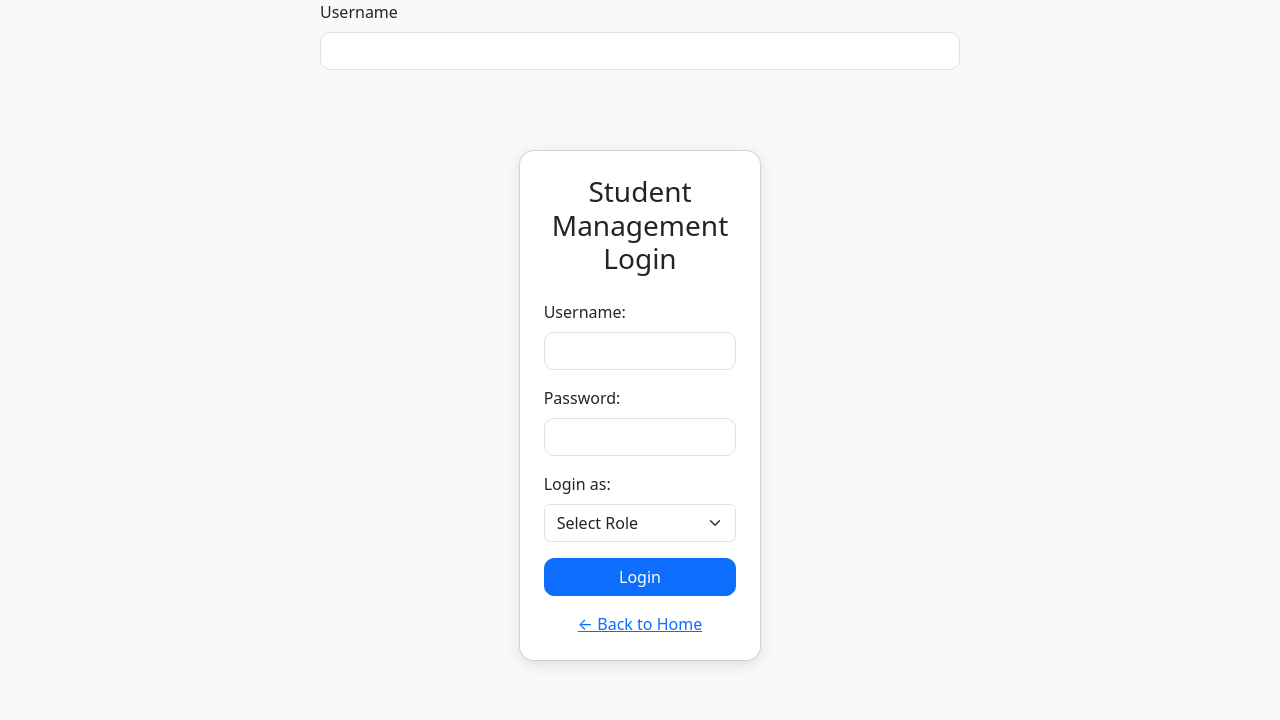
Repository: BorudePiyush/StudentMANAGEMENTSystem-using-java
Page: http://localhost/Student_management_systems/login.jsp
An editor plug-in stored every save of this project. The page is shown before and after the next save, followed by the edit.
The browser window is 1280 px wide. The pictures show the whole page.
The page is served by Tomcat 10. Other server files are loaded and not shown.

Above is the page before, as saved 2025-06-09 14:43:07.

### Student management systems/src/main/webapp/login.jsp
<%@ page contentType="text/html;charset=UTF-8" language="java" %>
<!DOCTYPE html>
<html lang="en">
<head>
    <meta charset="UTF-8">
    <title>Login - Student Management System</title>
    <link href="https://cdn.jsdelivr.net/npm/bootstrap@5.3.2/dist/css/bootstrap.min.css" rel="stylesheet" />
    <style>
        body {
            background: #f8f9fa;
        }
        .login-container {
            margin-top: 80px;
        }
        .card {
            border-radius: 15px;
            box-shadow: 0px 4px 15px rgba(0,0,0,0.1);
        }
        .form-control {
            border-radius: 10px;
        }
        .btn {
            border-radius: 10px;
        }
    </style>
</head>
<body>
 <form action="LoginServlet" method="post" class="w-50 mx-auto">
      <div class="mb-3">
        <label for="username" class="form-label">Username</label>
        <input type="text" class="form-control" id="username" name="username" required />
      </div>

<div class="container login-container">
    <div class="row justify-content-center">
        <div class="col-md-5">
            <div class="card p-4">
                <h3 class="text-center mb-4">Student Management Login</h3>

                <%
                    String error = request.getParameter("error");
                    if ("invalid".equals(error)) {
                %>
                    <div class="alert alert-danger text-center" role="alert">
                        Invalid username or password.
                    </div>
                <%
                    }
                %>

                <form action="LoginServlet" method="post">
                    <div class="mb-3">
                        <label for="username" class="form-label">Username:</label>
                        <input type="text" class="form-control" id="username" name="username" required>
                    </div>

                    <div class="mb-3">
                        <label for="password" class="form-label">Password:</label>
                        <input type="password" class="form-control" id="password" name="password" required>
                    </div>

                    <div class="mb-3">
                        <label for="role" class="form-label">Login as:</label>
                        <select class="form-select" id="role" name="role" required>
                            <option value="">Select Role</option>
                            <option value="admin">Admin</option>
                            <option value="faculty">Faculty</option>
                            <option value="student">Student</option>
                        </select>
                    </div>

                    <div class="d-grid">
                        <button type="submit" class="btn btn-primary">Login</button>
                    </div>
                </form>

                <div class="text-center mt-3">
                    <a href="index.jsp">← Back to Home</a>
                </div>
            </div>
        </div>
    </div>
</div>

</body>
</html>

After the next save:
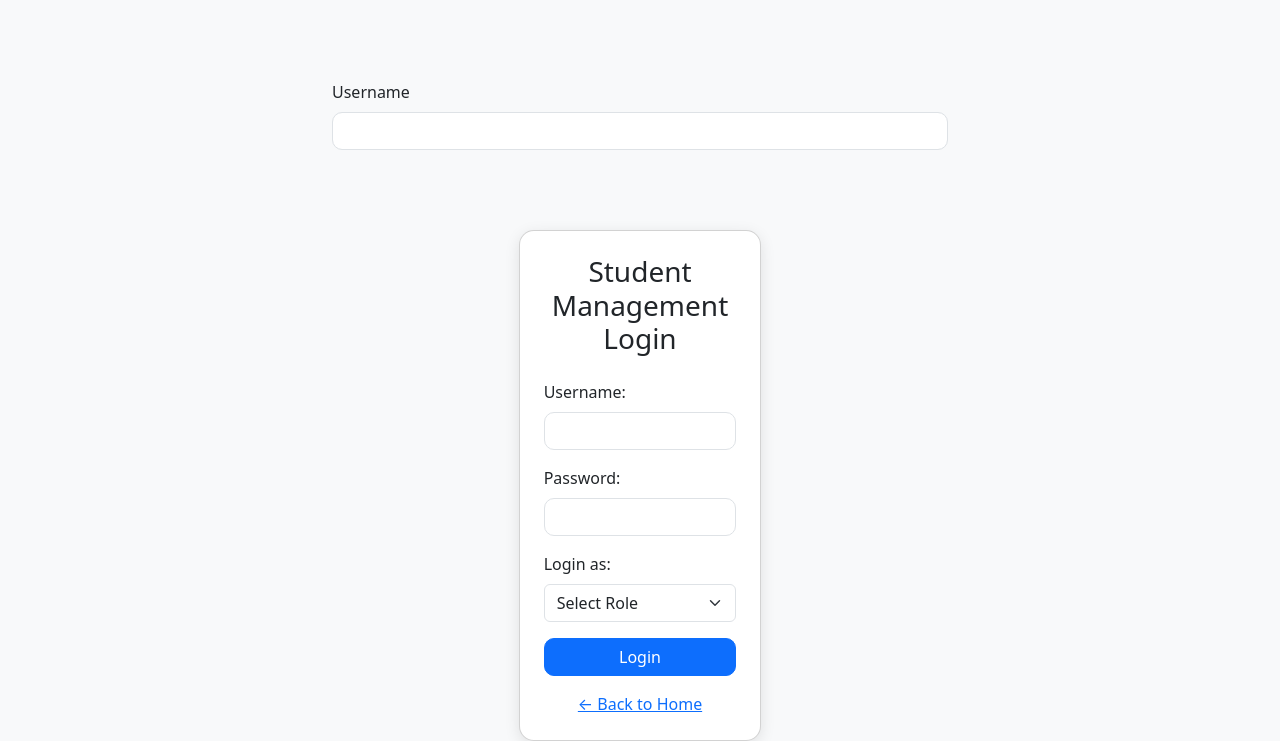
Saved 45 s later.
--- a/Student management systems/src/main/webapp/login.jsp
+++ b/Student management systems/src/main/webapp/login.jsp
@@ -25,8 +25,9 @@
     </style>
 </head>
 <body>
+
  <form action="LoginServlet" method="post" class="w-50 mx-auto">
-      <div class="mb-3">
+      <div class="container login-container"">
         <label for="username" class="form-label">Username</label>
         <input type="text" class="form-control" id="username" name="username" required />
       </div>
